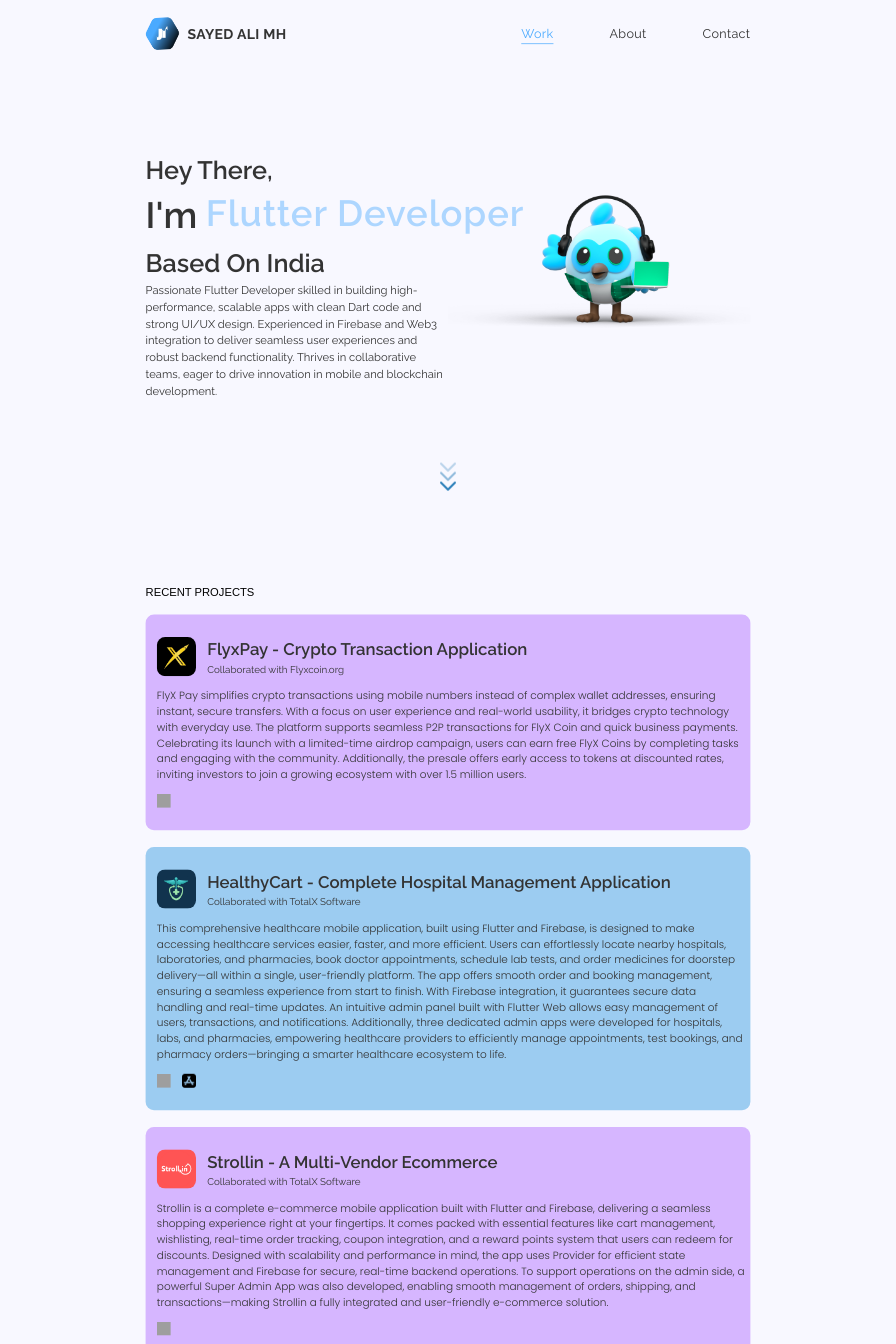
Repository: sayedali-2129/sayedali-portfolio
Page: /
These files come from the project's save history. The page is drawn as it stood at one moment and after the next save; the edit follows.
The browser window is 1280 px wide. The pictures show the part of the page from y = 0 to 1920 px (the page is 3045 px tall), at 70% of full size.
Pictures or frames that could not be fetched are drawn as grey boxes. The project was rebuilt for these pictures with package versions that can differ from the ones it lists, and the page was loaded fresh each time. The framework's server and built-in components were replaced by stand-ins that run in the browser. Also part of the build but not shown: next.config.ts.

Above is the page before, as saved 2025-05-19 18:41:40.

### src/features/home/presentation/Home.tsx
import NavBar from "../components/NavBar";
import ProfileBody from "../components/ProfileBody";
import RecentWorks from "../components/RecentWorks";

function Home() {
  return (
    <div className="overflow-hidden">
      <NavBar />
      <ProfileBody />
      <RecentWorks />
    </div>
  );
}

export default Home;

### src/features/home/components/NavBar.tsx
"use client";

import CloseIcon from "@/assets/icons/close-icon.png";
import Logo from "@/assets/icons/logo.png";
import MenuIcon from "@/assets/icons/menu.png";
import Image from "next/image";
import Link from "next/link";
import { usePathname } from "next/navigation";
import { useEffect, useState } from "react";

export default function NavBar() {
  const [showMenu, setShowMenu] = useState(false);
  const [mounted, setMounted] = useState(false);
  const pathname = usePathname();

  useEffect(() => {
    setMounted(true);
  }, []);

  const openMenu = () => {
    setShowMenu(!showMenu);
  };

  const navBarItemClass =
    "text-TextColor sm:font-RalewayRegular sm:text-lg text-[16px] font-RalewaySemiBold tracking-wide hover:cursor-pointer hover:text-TextBlue";

  return (
    <div className="z-50 md:h-24 h-20 w-full bg-BackGroundColor fixed xl:px-52 md:px-32 sm:px-16 px-4 flex flex-row items-center justify-between">
      <ul className="flex gap-2 items-center">
        <li>
          <Link href="/">
            <Image
              src={Logo}
              alt="SAYED ALI MH LOGO"
              className="md:h-12 md:w-12 h-10 w-10"
            />
          </Link>
        </li>
        <li>
          <Link
            href="/"
            className="ml-1 text-TextColor md:text-xl text-[16px] font-RalewayBold tracking-wide"
          >
            SAYED ALI MH
          </Link>
        </li>
      </ul>

      <ul className="hidden sm:flex flex-row xl:gap-20 md:gap-14 sm:gap-9">
        <li>
          <Link
            href="/"
            className={`${
              pathname === "/"
                ? "text-TextBlue underline underline-offset-8"
                : "text-TextColor"
            } sm:font-RalewayRegular sm:text-lg text-[16px] font-RalewaySemiBold tracking-wide hover:cursor-pointer hover:text-TextBlue`}
          >
            Work
          </Link>
        </li>

        <li>
          <Link
            href="/about"
            className={`${
              pathname === "/about"
                ? "text-TextBlue underline underline-offset-8"
                : "text-TextColor"
            } sm:font-RalewayRegular sm:text-lg text-[16px] font-RalewaySemiBold tracking-wide hover:cursor-pointer hover:text-TextBlue`}
          >
            About
          </Link>
        </li>

        <li>
          <a
            href="mailto:sayedalimh@gmail.com"
            target="_blank"
            rel="noopener noreferrer"
            className={navBarItemClass}
          >
            Contact
          </a>
        </li>
      </ul>
      <Image
        src={MenuIcon}
        alt="Menu Icon"
        onClick={openMenu}
        className="flex sm:hidden h-8 w-8 hover:cursor-pointer"
      />
      {mounted && (
        <>
          <div
            className={`fixed inset-0 bg-black/50 transition-opacity duration-300 sm:hidden ${
              showMenu ? "opacity-100" : "opacity-0 pointer-events-none"
            }`}
            onClick={openMenu}
          />
          <div
            className={`z-50 flex sm:hidden flex-col gap-2 rounded-xl absolute top-24 left-1/2 transform -translate-x-1/2 bg-BackGroundColor p-3 w-60 items-center transition-all duration-300 ${
              showMenu
                ? "opacity-100 translate-y-0"
                : "opacity-0 -translate-y-4 pointer-events-none"
            }`}
          >
            <div className="flex flex-row justify-end w-full">
              <Image
                src={CloseIcon}
                alt="Menu Close Icon"
                onClick={openMenu}
                className="h-6 w-6 hover:cursor-pointer"
              />
            </div>
            <Link href="/" className={navBarItemClass}>
              Work
            </Link>
            <Link href="/about" className={navBarItemClass}>
              About
            </Link>
            <a
              href="mailto:sayedalimh@gmail.com"
              target="_blank"
              rel="noopener noreferrer"
              className={navBarItemClass}
            >
              Contact
            </a>
          </div>
        </>
      )}
    </div>
  );
}

### src/features/home/components/ProfileBody.tsx
"use client";

import FlutterImg from "@/assets/images/flutter-bird.png";
import ScrollDownLottie from "@/assets/lottie/scroll-down.json";
import Lottie from "lottie-react";
import Image from "next/image";
import { useEffect, useState } from "react";
import RotatingText from "./RotatingText";

export default function ProfileBody() {
  const [mounted, setMounted] = useState(false);

  useEffect(() => {
    setMounted(true);
  }, []);

  return (
    <>
      <div className="md:mt-32 mt-24 xl:px-52 md:px-20 sm:px-12 px-2 flex flex-wrap items-center justify-center">
        <div className="md:w-1/2 w-full order-2 md:order-1 md:h-[530px] h-80 flex flex-col justify-center">
          <h2 className="xl:text-[36px] md:text-[30px] text-[26px] text-TextColor font-RalewaySemiBold">
            Hey There,
          </h2>

          <ul className="flex flex-row items-start gap-3 md:h-20 h-14">
            <li>
              <h2 className="xl:text-[52px] md:text-[45px] sm:text-[39px] text-[34px] text-TextColor font-RalewaySemiBold">
                I'm
              </h2>
            </li>
            <li>
              <RotatingText />
            </li>
          </ul>
          <h3 className="text-[36px] text-TextColor font-RalewaySemiBold">
            Based On India
          </h3>
          <p className="text-TextColor font-RalewayRegular">
            Passionate Flutter Developer skilled in building high-performance,
            scalable apps with clean Dart code and strong UI/UX design.
            Experienced in Firebase and Web3 integration to deliver seamless
            user experiences and robust backend functionality. Thrives in
            collaborative teams, eager to drive innovation in mobile and
            blockchain development.
          </p>
        </div>
        <div className="md:w-1/2 order-1 md:order-2 md:h-[530px] h-72 md:pb-20 pt-6 justify-center items-center">
          <Image
            src={FlutterImg}
            alt="Flutter Developer"
            className="h-full w-full object-contain"
          />
        </div>
      </div>

      {mounted && (
        <Lottie
          animationData={ScrollDownLottie}
          loop={true}
          autoplay={true}
          className="md:h-12 h-10"
        />
      )}
    </>
  );
}

### src/features/home/components/RecentWorks.tsx
import recentWorks from "../data/RecentWorksData";
import RecentWorkFrame from "./RecentWorkFrame";

export default function RecentWorks() {
  return (
    <div className="md:mt-32 mt-16 xl:px-52 md:px-20 sm:px-12 px-2 pb-16">
      <div className="flex flex-col items-center justify-center gap-6">
        <div className="xl:w-full flex flex-row h-5 justify-start items-start w-full">
          <h4>RECENT PROJECTS</h4>
        </div>
        {recentWorks.map((work, index) => (
          <RecentWorkFrame
            key={index}
            title={work.title}
            description={work.description}
            image={work.image.src}
            color={work.color}
            playstoreLink={work.playstoreLink}
            appstoreLink={work.appstoreLink}
            collabWith={work.collabWith}
          />
        ))}
      </div>
    </div>
  );
}

### src/features/home/components/RotatingText.tsx
"use client";

import { AnimatePresence, motion } from "framer-motion";
import { useEffect, useState } from "react";

export default function RotatingText() {
  const TEXTS = ["Sayed Ali MH", "Flutter Developer"];
  const [index, setIndex] = useState(0);

  useEffect(() => {
    const intervalId = setInterval(() => {
      setIndex((prev) => (prev + 1) % TEXTS.length);
    }, 3000);
    return () => clearInterval(intervalId);
  }, []);

  return (
    <div>
      <AnimatePresence mode="wait">
        <motion.span
          key={TEXTS[index]} // important for re-render
          initial={{ opacity: 0, y: 4 }}
          animate={{ opacity: 1, y: 0 }}
          exit={{ opacity: 0, y: -5 }}
          transition={{ duration: 0.5 }}
          className="xl:text-[52px] md:text-[45px] sm:text-[39px] text-[34px] font-RalewaySemiBold tracking-wide text-TextBlue absolute"
        >
          {TEXTS[index]}
        </motion.span>
      </AnimatePresence>
    </div>
  );
}

### src/features/home/data/RecentWorksData.js
import chahel from "@/assets/images/works/chahel.jpg";
import flyx from "@/assets/images/works/flyx.png";
import healthyCart from "@/assets/images/works/healthycart.png";
import kurikkal from "@/assets/images/works/kurikkal.jpg";
import sayidCj from "@/assets/images/works/sayidCj.jpg";
import strollin from "@/assets/images/works/strollin.png";

const recentWorks = [
  {
    index: 0,
    title: "FlyxPay - Crypto Transaction Application",
    collabWith: "Flyxcoin.org",
    description:
      "FlyX Pay simplifies crypto transactions using mobile numbers instead of complex wallet addresses, ensuring instant, secure transfers. With a focus on user experience and real-world usability, it bridges crypto technology with everyday use. The platform supports seamless P2P transactions for FlyX Coin and quick business payments. Celebrating its launch with a limited-time airdrop campaign, users can earn free FlyX Coins by completing tasks and engaging with the community. Additionally, the presale offers early access to tokens at discounted rates, inviting investors to join a growing ecosystem with over 1.5 million users. ",
    image: flyx,
    color: "#D6B6FF",
    playstoreLink: "https://play.google.com/store/apps/details?id=com.flyx.pay",
    appstoreLink: undefined,
  },
  {
    index: 1,
    title: "HealthyCart - Complete Hospital Management Application",
    description:
      "This comprehensive healthcare mobile application, built using Flutter and Firebase, is designed to make accessing healthcare services easier, faster, and more efficient. Users can effortlessly locate nearby hospitals, laboratories, and pharmacies, book doctor appointments, schedule lab tests, and order medicines for doorstep delivery—all within a single, user-friendly platform. The app offers smooth order and booking management, ensuring a seamless experience from start to finish. With Firebase integration, it guarantees secure data handling and real-time updates. An intuitive admin panel built with Flutter Web allows easy management of users, transactions, and notifications. Additionally, three dedicated admin apps were developed for hospitals, labs, and pharmacies, empowering healthcare providers to efficiently manage appointments, test bookings, and pharmacy orders—bringing a smarter healthcare ecosystem to life.",
    collabWith: "TotalX Software",
    image: healthyCart,
    color: "#9CCCF1",
    playstoreLink:
      "https://play.google.com/store/apps/details?id=com.healthy_cart_user",
    appstoreLink: "https://apps.apple.com/in/app/healthy-cart/id6740842513",
  },
  {
    index: 2,
    title: "Strollin - A Multi-Vendor Ecommerce",
    description:
      "Strollin is a complete e-commerce mobile application built with Flutter and Firebase, delivering a seamless shopping experience right at your fingertips. It comes packed with essential features like cart management, wishlisting, real-time order tracking, coupon integration, and a reward points system that users can redeem for discounts. Designed with scalability and performance in mind, the app uses Provider for efficient state management and Firebase for secure, real-time backend operations. To support operations on the admin side, a powerful Super Admin App was also developed, enabling smooth management of orders, shipping, and transactions—making Strollin a fully integrated and user-friendly e-commerce solution.",
    collabWith: "TotalX Software",
    image: strollin,
    color: "#D6B6FF",
    playstoreLink: "https://play.google.com/store/apps/details?id=com.strollin",
    appstoreLink: undefined,
  },
  {
    index: 3,
    title: "Sayid CJ - Video Streaming and Chat Mobile App",
    description:
      "Sayid CJ is an educational app developed under Total X Softwares, crafted to empower learners with practical and impactful training in business accounting, taxation, and personal development. The app features high-quality video lessons, downloadable PDFs for offline access, and an interactive chat system that supports voice, image, and text communication with admins—creating an engaging and supportive learning environment. Learners can mark lessons as favorites for easy reference, ensuring a personalized experience. Built with Flutter, powered by Firebase, and managed using Provider for smooth performance, Tasc By Sayid CJ brings flexible, accessible, and career-focused learning to your fingertips.",
    collabWith: "TotalX Software",
    image: sayidCj,
    color: "#9CCCF1",
    playstoreLink: "https://play.google.com/store/apps/details?id=com.sayidcj",
    appstoreLink:
      "https://apps.apple.com/us/app/tasc-buz-powered-by-sayid-cj/id6738337961",
  },
  {
    index: 4,
    title: "Kurikkal - An Ecommerce Application",
    description:
      "Kurikkal Business Park is a wholesale e-commerce mobile application built with Flutter and Firebase. It comes with essential features like cart management, wishlisting, real-time order tracking, credit and wallet option. Designed with scalability and performance in mind, the app uses Provider for efficient state management and Firebase for secure, real-time backend operations. To support operations on the admin side, a powerful Super Admin App was also developed, enabling smooth management of orders, shipping, and transactions—making Kurikkal a fully integrated and user-friendly e-commerce solution.",
    collabWith: "TotalX Software",
    image: kurikkal,
    color: "#D6B6FF",
    playstoreLink:
      "https://play.google.com/store/apps/details?id=com.kurikkalBusinessPark",
    appstoreLink: undefined,
  },
  {
    index: 5,
    title: "Chahel - Education Video Streaming Application",
    description:
      "Chahel – The e-Learning App is a comprehensive mobile and web-based solution designed to enhance the student learning experience across Android, iOS, and web platforms. Built using Flutter. Chahel offers a smooth, responsive interface tailored for modern learners. The app features engaging video lessons that make complex subjects easy to understand, downloadable PDF notes for offline study, and interactive quizzes to reinforce knowledge retention. With a dedicated admin web panel for efficient content and user management, Chahel is more than just a learning app—it’s a complete educational companion built to support students anytime, anywhere.",
    collabWith: "TotalX Software",
    image: chahel,
    color: "#9CCCF1",
    playstoreLink:
      "http://play.google.com/store/apps/details?id=com.chahel_learning",
    appstoreLink: undefined,
  },
];

export default recentWorks;

### src/features/home/components/RecentWorkFrame.tsx
"use client";

import appstore from "@/assets/icons/appstore.png";
import playstore from "@/assets/icons/playstore.png";
import { motion, useInView } from "framer-motion";
import { useRef } from "react";

interface RecentWorkFrameProps {
  title: string;
  description: string;
  image: string;
  color: string;
  playstoreLink: string | undefined;
  appstoreLink: string | undefined;
  collabWith: string;
}

export default function RecentWorkFrame({
  title,
  description,
  image,
  color,
  playstoreLink,
  appstoreLink,
  collabWith,
}: RecentWorkFrameProps) {
  const ref = useRef(null);
  const isInView = useInView(ref, { once: true, margin: "-100px" });

  return (
    <motion.div
      ref={ref}
      initial={{ opacity: 0, x: 100 }}
      animate={isInView ? { opacity: 1, x: 0 } : { opacity: 0, x: 100 }}
      transition={{ duration: 0.5, ease: "easeOut" }}
      className="md:w-full w-full py-8 flex flex-col gap-4 pl-4 pr-2 rounded-xl"
      style={{ backgroundColor: color }}
    >
      <div className="flex flex-row items-start">
        <img src={image} alt={title} className="md:h-14 h-12 rounded-xl" />
        <ul className="flex flex-col justify-center px-4">
          <li>
            <h4 className="font-RalewaySemiBold md:text-[24px] text-[16px] text-TextColor">
              {title}
            </h4>
          </li>
          <li>
            <p className="font-RalewayRegular md:text-[14px] text-[11px] text-TextColor">
              Collaborated with {collabWith}
            </p>
          </li>
        </ul>
      </div>

      <div className="w-full">
        <p className="font-PoppinsLight  md:text-[15px] text-[12px] text-TextColor">
          {description}
        </p>
      </div>
      <div className="flex flex-row gap-4">
        <a href={playstoreLink} target="_blank" rel="noopener noreferrer">
          <img
            src={playstore.src}
            alt="playstore"
            className="md:w-5 md:h-5 w-4 h-4"
          />
        </a>
        {appstoreLink !== undefined && (
          <a href={appstoreLink} target="_blank" rel="noopener noreferrer">
            <img
              src={appstore.src}
              alt="appstore"
              className="md:w-5 md:h-5 w-4 h-4"
            />
          </a>
        )}
      </div>
    </motion.div>
  );
}

// SLIDE UPTO CENTER

// "use client";

// import appstore from "@/assets/icons/appstore.png";
// import playstore from "@/assets/icons/playstore.png";
// import { motion, useInView } from "framer-motion";
// import { useRef } from "react";

// interface RecentWorkFrameProps {
//   title: string;
//   description: string;
//   image: string;
//   color: string;
//   playstoreLink: string | undefined;
//   appstoreLink: string | undefined;
//   collabWith: string;
// }

// export default function RecentWorkFrame({
//   title,
//   description,
//   image,
//   color,
//   playstoreLink,
//   appstoreLink,
//   collabWith,
// }: RecentWorkFrameProps) {
//   const ref = useRef(null);
//   const isInView = useInView(ref, { once: true, margin: "-100px" });

//   return (
//     <motion.div
//       ref={ref}
//       initial={{ opacity: 0, y: 50 }}
//       animate={isInView ? { opacity: 1, y: 0 } : { opacity: 0, y: 50 }}
//       transition={{ duration: 0.5, ease: "easeOut" }}
//       className="md:w-full w-full py-8 flex flex-col gap-4 pl-4 pr-2 rounded-xl"
//       style={{ backgroundColor: color }}
//     >
//       <div className="flex flex-row items-start">
//         <img src={image} alt={title} className="md:h-14 h-12 rounded-xl" />
//         <ul className="flex flex-col justify-center px-4">
//           <li>
//             <h4 className="font-RalewaySemiBold md:text-[24px] text-[16px] text-TextColor">
//               {title}
//             </h4>
//           </li>
//           <li>
//             <p className="font-RalewayRegular md:text-[14px] text-[11px] text-TextColor">
//               Collaborated with {collabWith}
//             </p>
//           </li>
//         </ul>
//       </div>

//       <div className="w-full">
//         <p className="font-PoppinsLight  md:text-[15px] text-[12px] text-TextColor">
//           {description}
//         </p>
//       </div>
//       <div className="flex flex-row gap-4">
//         <a href={playstoreLink} target="_blank" rel="noopener noreferrer">
//           <img
//             src={playstore.src}
//             alt="playstore"
//             className="md:w-5 md:h-5 w-4 h-4"
//           />
//         </a>
//         {appstoreLink !== undefined && (
//           <a href={appstoreLink} target="_blank" rel="noopener noreferrer">
//             <img
//               src={appstore.src}
//               alt="appstore"
//               className="md:w-5 md:h-5 w-4 h-4"
//             />
//           </a>
//         )}
//       </div>
//     </motion.div>
//   );
// }

Loaded but not shown: src/app/layout.tsx (common file); src/app/page.tsx (common file); src/app/globals.css (common file); src/assets/lottie/scroll-down.json (1 lines, source omitted)

After the next save:
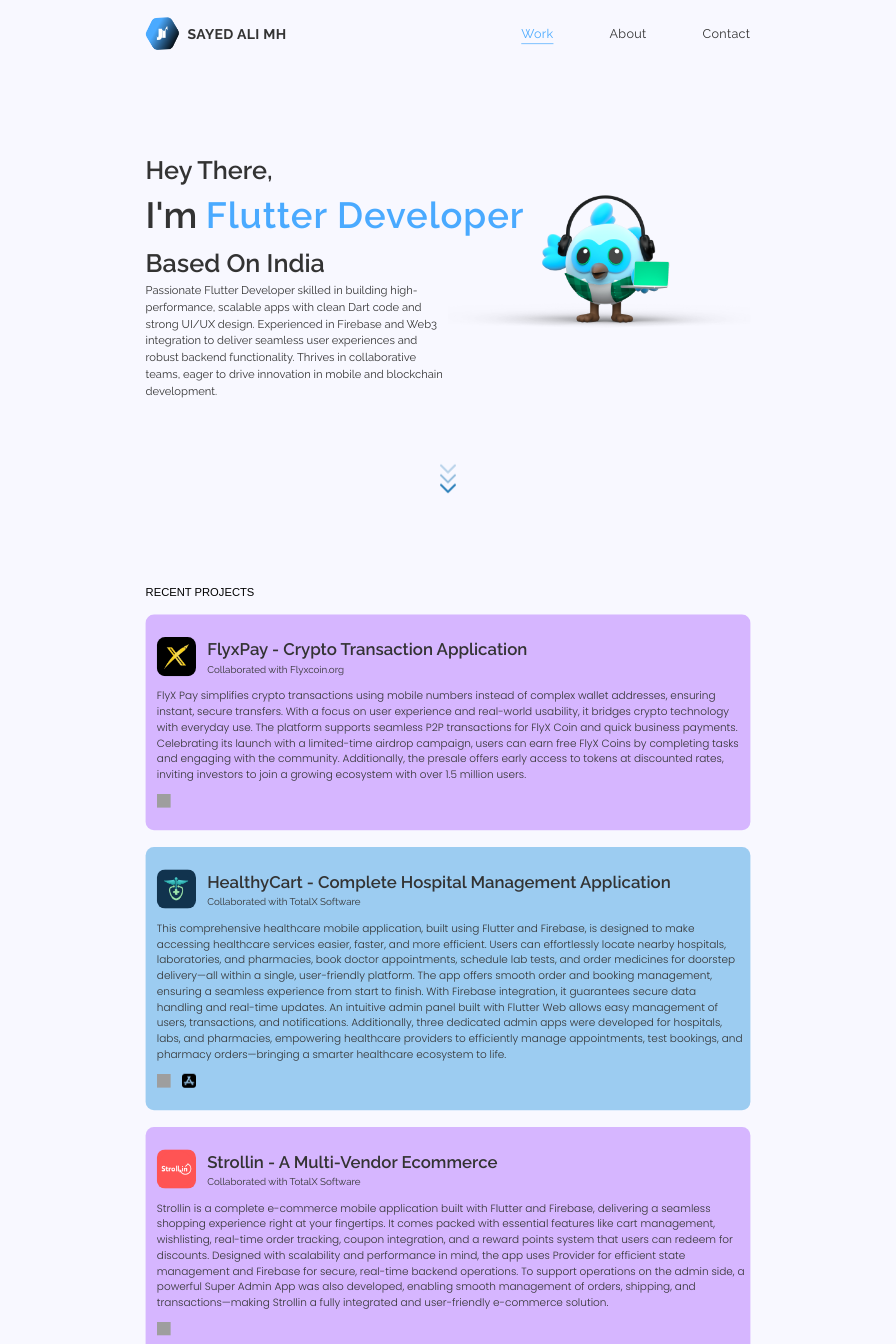
Saved 7 s later.
--- a/src/features/home/presentation/Home.tsx
+++ b/src/features/home/presentation/Home.tsx
@@ -1,6 +1,12 @@
-import NavBar from "../components/NavBar";
-import ProfileBody from "../components/ProfileBody";
-import RecentWorks from "../components/RecentWorks";
+import dynamic from "next/dynamic";
+
+const NavBar = dynamic(() => import("../components/NavBar"), { ssr: true });
+const ProfileBody = dynamic(() => import("../components/ProfileBody"), {
+  ssr: true,
+});
+const RecentWorks = dynamic(() => import("../components/RecentWorks"), {
+  ssr: true,
+});
 
 function Home() {
   return (
